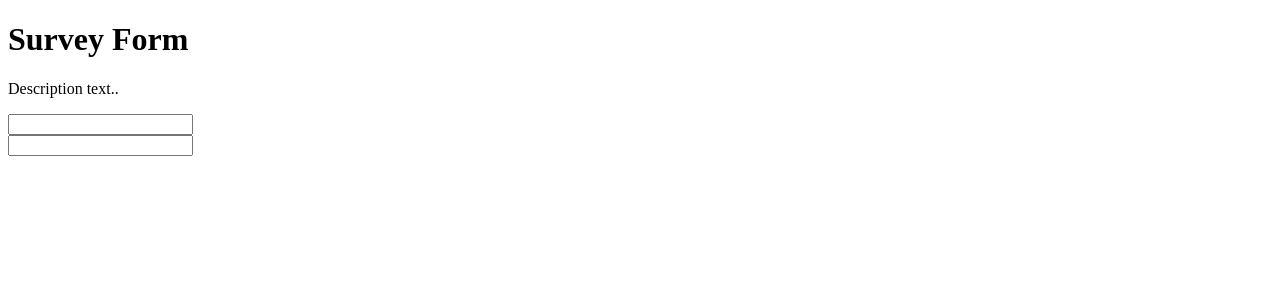
Repository: nevisende/html-css
Page: index.html
An editor plug-in stored every save of this project. The page is shown before and after the next save, followed by the edit.
The browser window is 1280 px wide. The pictures show the whole page.

Above is the page before, as saved 2021-08-26 15:06:33.

After the next save:
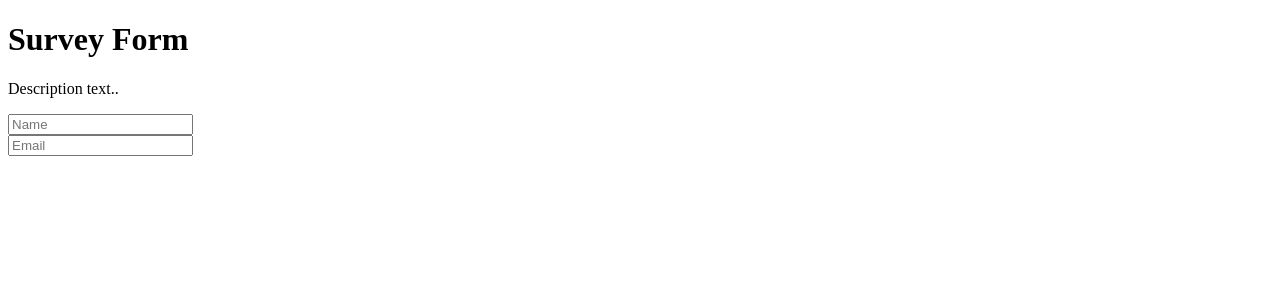
Saved 20 s later.
--- a/index.html
+++ b/index.html
@@ -12,9 +12,9 @@
     <p id="description">Description text..</p>
 
     <form action="" id="survey-form">
-      <input type="text" id="name" />
+      <input type="text" id="name" placeholder="Name"/>
       <br>
-      <input type="email" id="email" />
+      <input type="email" id="email" placeholder="Email"/>
     </form>
 
     <script src="js/index.js"></script>
